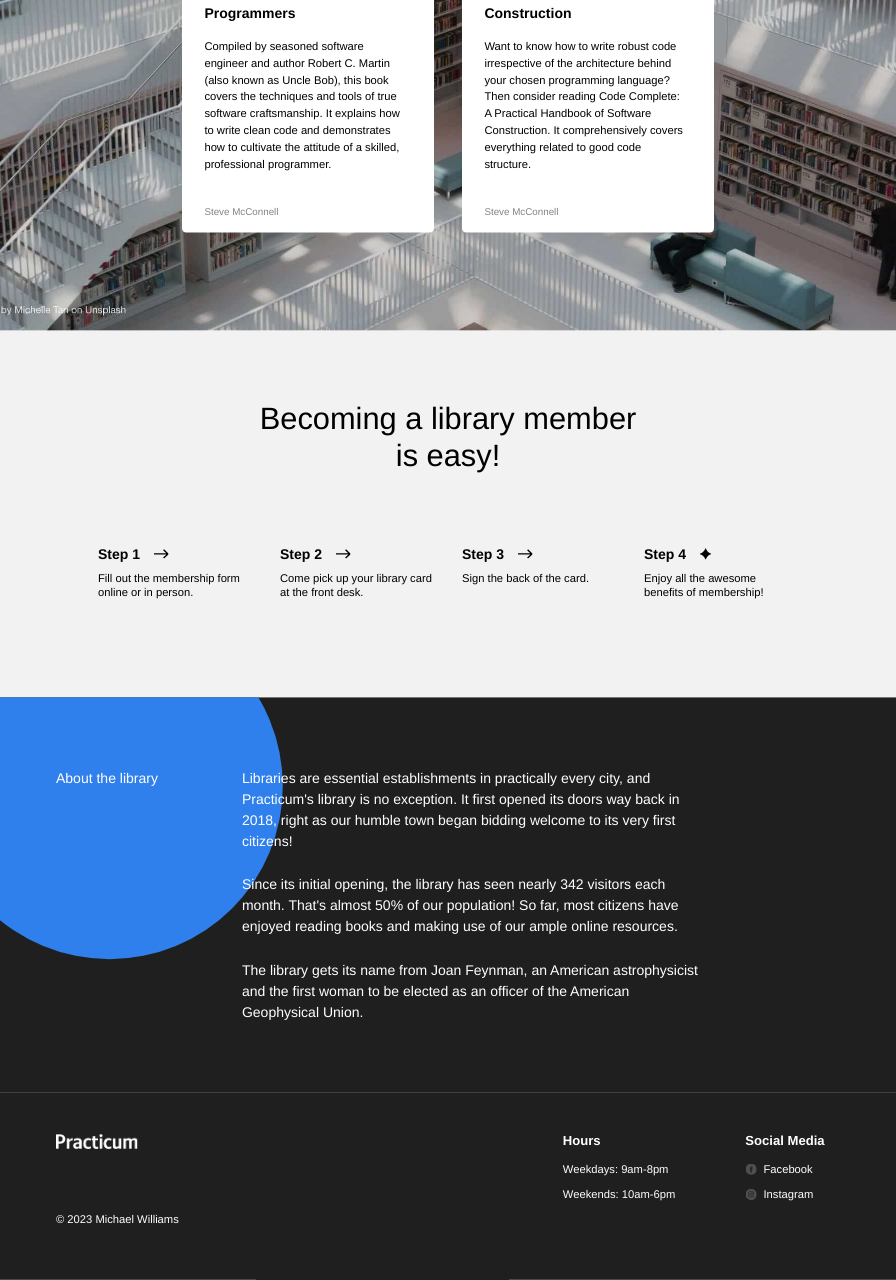
Repository: MWilliams-26/se_project_library
Page: index.html
An editor plug-in stored every save of this project. The page is shown before and after the next save, followed by the edit.
The browser window is 1280 px wide. The pictures show the part of the page from y = 2366 to 4286 px (the page is 4194 px tall before and 4286 px after), at 70% of full size.

Above is the page before, as saved 2023-04-05 15:40:16.

After the next save:
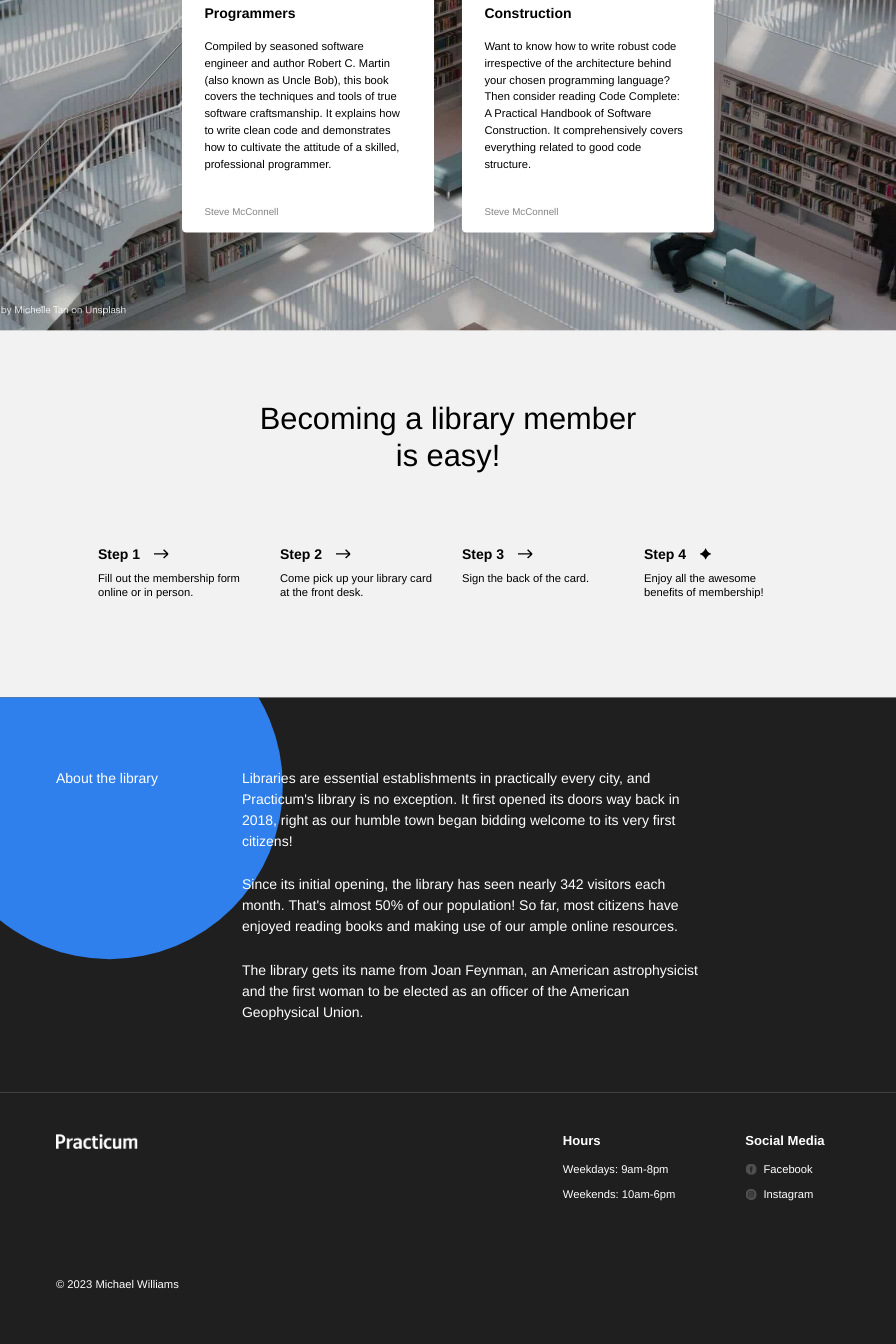
Saved 70 min 18 s later.
--- a/styles/style.css
+++ b/styles/style.css
@@ -463,6 +463,6 @@
 }
 
 .footer__copyright {
-  margin-top: 108px 0 0;
+  margin-top: 108px;
   color: white;
 }
